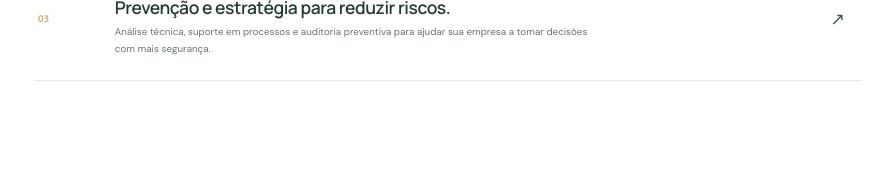
Repository: RenSkywalker/easymed
Page: /
The author's editor kept a copy of each file at every save. The page is drawn from the files as they stood at one save, then again after the next save.
The browser window is 1280 px wide. The pictures show the part of the page from y = 1746 to 3666 px (the page is 1996 px tall before and 3912 px after), at 70% of full size.
The page's requests for data from a server got no answer. The project was rebuilt for these pictures with package versions that can differ from the ones it lists, and the page was loaded fresh each time. The framework's server and built-in components were replaced by stand-ins that run in the browser. No one was signed in, and anything a server would have sent is missing.

Above is the page before, as saved 2026-09-11 18:33:17.

### src/app/layout.tsx
import type { Metadata } from "next";
import "./globals.css";

const siteUrl = process.env.NEXT_PUBLIC_SITE_URL;

export const metadata: Metadata = {
  title: {
    default: "EasyMed Perícias | Suporte especializado para peritos",
    template: "%s | EasyMed Perícias",
  },

  description:
    "A EasyMed Perícias oferece suporte especializado para peritos, com serviços de cadastro em varas, pré-laudos, esclarecimentos e gestão de agenda.",

  keywords: [
    "EasyMed Perícias",
    "perícias",
    "suporte para peritos",
    "serviços para peritos",
    "cadastro em varas",
    "pré-laudos",
    "gestão de agenda para peritos",
  ],

  applicationName: "EasyMed Perícias",

  authors: [
    {
      name: "EasyMed Perícias",
    },
  ],

  creator: "EasyMed Perícias",
  publisher: "EasyMed Perícias",

  metadataBase: siteUrl ? new URL(siteUrl) : undefined,

  alternates: {
    canonical: "/",
  },

  openGraph: {
    type: "website",
    locale: "pt_BR",
    siteName: "EasyMed Perícias",
    title: "EasyMed Perícias | Suporte especializado para peritos",
    description:
      "Suporte especializado para peritos, da burocracia ao essencial.",
    images: [
      {
        url: "/logo.png",
        width: 1200,
        height: 630,
        alt: "EasyMed Perícias",
      },
    ],
  },

  twitter: {
    card: "summary_large_image",
    title: "EasyMed Perícias | Suporte especializado para peritos",
    description:
      "Suporte especializado para peritos, da burocracia ao essencial.",
    images: ["/logo.png"],
  },

  robots: {
    index: true,
    follow: true,
    googleBot: {
      index: true,
      follow: true,
      "max-image-preview": "large",
      "max-snippet": -1,
      "max-video-preview": -1,
    },
  },

  icons: {
    icon: "/logo.png",
  },
};

const organizationSchema = {
  "@context": "https://schema.org",
  "@type": "Organization",
  "@id": "#organization",
  name: "EasyMed Perícias",
  alternateName: "EasyMed",
  description:
    "Empresa especializada em suporte para profissionais que atuam com perícias.",
  logo: {
    "@type": "ImageObject",
    url: "/logo.png",
  },
  knowsAbout: [
    "Perícias",
    "Suporte para peritos",
    "Cadastro em varas",
    "Pré-laudos",
    "Esclarecimentos",
    "Gestão de agenda",
  ],
};

const websiteSchema = {
  "@context": "https://schema.org",
  "@type": "WebSite",
  "@id": "#website",
  name: "EasyMed Perícias",
  description:
    "Suporte especializado para profissionais que atuam com perícias.",
  publisher: {
    "@id": "#organization",
  },
  inLanguage: "pt-BR",
};

export default function RootLayout({
  children,
}: Readonly<{
  children: React.ReactNode;
}>) {
  return (
    <html lang="pt-BR">
      <head>
        <script
          type="application/ld+json"
          dangerouslySetInnerHTML={{
            __html: JSON.stringify(organizationSchema),
          }}
        />

        <script
          type="application/ld+json"
          dangerouslySetInnerHTML={{
            __html: JSON.stringify(websiteSchema),
          }}
        />
      </head>

      <body>{children}</body>
    </html>
  );
}

### src/app/page.tsx
import Header from "@/components/Header";
import Hero from "@/components/Hero";
import Services from "@/components/Services";
import Software from "@/components/Software";

export default function Home() {
  return (
    <>
      <Header />

      <main>
        <Hero />
        <Services />
      </main>
    </>
  );
}

### src/components/Header.tsx
import Image from "next/image";
import Link from "next/link";

export default function Header() {
  return (
    <header className="site-header">
      <div className="container header-inner">
        <Link
          href="/"
          className="brand"
          aria-label="EasyMed Perícias - início"
        >
          <Image
            src="/logo.png"
            alt="EasyMed Perícias"
            width={180}
            height={80}
            priority
            className="brand-logo"
          />
        </Link>

        <nav className="main-nav" aria-label="Navegação principal">
          <Link href="#solucoes">Soluções</Link>
          <Link href="#software">Software</Link>
          <Link href="#sobre">Sobre</Link>
        </nav>

        <Link href="#contato" className="header-button">
          Fale conosco
        </Link>
      </div>
    </header>
  );
}

### src/components/Hero.tsx
import Link from "next/link";

export default function Hero() {
  return (
    <section className="hero" aria-labelledby="hero-title">
      <div className="container hero-grid">
        <div className="hero-content">
          <span className="eyebrow">
            INTELIGÊNCIA E SUPORTE PARA PERÍCIAS
          </span>

          <h1 id="hero-title">
            Menos burocracia.
            <span>Mais tempo para o que importa.</span>
          </h1>

          <p className="hero-description">
            A EasyMed reúne suporte técnico, serviços especializados,
            materiais e tecnologia para tornar a rotina de profissionais
            que atuam com perícias mais organizada e eficiente.
          </p>

          <div className="hero-actions">
            <Link href="#solucoes" className="button button-primary">
              Conheça nossas soluções
            </Link>

            <Link href="#software" className="button button-secondary">
              Conheça o software
            </Link>
          </div>

          <div className="hero-note">
            <span />
            Da burocracia ao essencial.
          </div>
        </div>

        <div className="hero-visual">
          <div className="hero-frame">
            <div className="hero-frame-top">
              <span>easymed</span>
              <span>PERÍCIAS</span>
            </div>

            <div className="hero-frame-content">
              <span className="hero-frame-label">
                SUPORTE ESPECIALIZADO
              </span>

              <strong>
                Seu trabalho.
                <br />
                Nossa estrutura.
              </strong>

              <div className="hero-frame-line" />

              <p>
                Serviços, conhecimento e tecnologia para
                acompanhar sua rotina profissional.
              </p>
            </div>

            <div className="hero-frame-number">
              01
            </div>
          </div>

          <div className="hero-accent hero-accent-one" />
          <div className="hero-accent hero-accent-two" />
        </div>
      </div>
    </section>
  );
}

### src/components/Services.tsx
const audiences = [
  {
    number: "01",
    label: "PARA PERITOS",
    title: "Mais estrutura para o seu trabalho pericial.",
    description:
      "Organize sua rotina, conte com suporte especializado e tenha ferramentas para acompanhar seus processos com mais clareza.",
    href: "/peritos",
  },
  {
    number: "02",
    label: "PARA ADVOGADOS",
    title: "Suporte técnico para decisões mais bem fundamentadas.",
    description:
      "Da análise inicial aos quesitos, acompanhamento e pareceres, conte com apoio especializado nas questões médico-periciais.",
    href: "/advogados",
  },
  {
    number: "03",
    label: "PARA EMPRESAS",
    title: "Prevenção e estratégia para reduzir riscos.",
    description:
      "Análise técnica, suporte em processos e auditoria preventiva para ajudar sua empresa a tomar decisões com mais segurança.",
    href: "/empresas",
  },
];

export default function Services() {
  return (
    <section
      id="solucoes"
      className="services-section"
      aria-labelledby="solutions-title"
    >
      <div className="container">
        <div className="section-intro">
          <span className="eyebrow">SOLUÇÕES EASYMED</span>

          <h2 id="solutions-title">
            Experiência técnica para diferentes necessidades.
          </h2>

          <p>
            Cada situação exige um tipo de suporte. Conheça as soluções
            da EasyMed para peritos, advogados e empresas.
          </p>
        </div>

        <div className="audience-list">
          {audiences.map((audience) => (
            <a
              key={audience.number}
              href={audience.href}
              className="audience-item"
            >
              <span className="audience-number">
                {audience.number}
              </span>

              <div className="audience-main">
                <span className="audience-label">
                  {audience.label}
                </span>

                <h3>{audience.title}</h3>

                <p>{audience.description}</p>
              </div>

              <span className="audience-arrow" aria-hidden="true">
                ↗
              </span>
            </a>
          ))}
        </div>
      </div>
    </section>
  );
}

### src/components/Software.tsx
import Link from "next/link";

const plans = [
  {
    name: "Solo",
    price: "297",
    description: "Para quem está começando ou trabalha com uma carteira menor.",
    limit: "Até 20 processos ativos",
  },
  {
    name: "Pro",
    price: "397",
    description: "Para uma rotina profissional com maior volume de processos.",
    limit: "Até 50 processos ativos",
    featured: true,
  },
  {
    name: "Ilimitado",
    price: "497",
    description: "Para quem precisa de liberdade para crescer sem limitar sua operação.",
    limit: "Processos ilimitados",
  },
];

export default function Software() {
  return (
    <section
      id="software"
      className="software-section"
      aria-labelledby="software-title"
    >
      <div className="container">
        <div className="software-heading">
          <div>
            <span className="eyebrow">SOFTWARE EASYMED</span>

            <h2 id="software-title">
              Mais do que organizar processos.
              <span>Organize o seu raciocínio.</span>
            </h2>
          </div>

          <p>
            Uma ferramenta pensada para acompanhar o trabalho do
            perito, estruturando informações e critérios ao longo
            da análise.
          </p>
        </div>

        <div className="software-feature">
          <div className="software-feature-copy">
            <span className="software-feature-number">
              TECNOLOGIA A SERVIÇO DA PERÍCIA
            </span>

            <h3>
              Você continua tomando as decisões.
              A tecnologia ajuda a organizar o caminho.
            </h3>

            <p>
              O sistema reúne informações do caso, organiza critérios
              e estrutura a análise para facilitar sua rotina.
              A conclusão continua sendo sua.
            </p>

            <Link href="/software" className="software-link">
              Conheça o software
              <span>↗</span>
            </Link>
          </div>

          <div className="software-feature-visual">
            <div className="software-window">
              <div className="software-window-bar">
                <span />
                <span />
                <span />
              </div>

              <div className="software-window-body">
                <div className="software-sidebar">
                  <strong>easymed</strong>

                  <span>Processos</span>
                  <span>Agenda</span>
                  <span>Análises</span>
                  <span>Documentos</span>
                </div>

                <div className="software-dashboard">
                  <small>VISÃO GERAL</small>

                  <h4>
                    Sua rotina,
                    <br />
                    organizada.
                  </h4>

                  <div className="software-stat-grid">
                    <div>
                      <strong>20</strong>
                      <span>processos</span>
                    </div>

                    <div>
                      <strong>08</strong>
                      <span>em análise</span>
                    </div>
                  </div>
                </div>
              </div>
            </div>
          </div>
        </div>

        <div className="plans-header">
          <span className="eyebrow">PLANOS</span>

          <h3>
            Escolha a estrutura que acompanha
            <span>o seu momento profissional.</span>
          </h3>
        </div>

        <div className="plans-grid">
          {plans.map((plan) => (
            <article
              key={plan.name}
              className={`plan-card ${
                plan.featured ? "plan-card-featured" : ""
              }`}
            >
              {plan.featured && (
                <span className="plan-featured-label">
                  MAIS ESCOLHIDO
                </span>
              )}

              <h4>{plan.name}</h4>

              <p className="plan-description">
                {plan.description}
              </p>

              <div className="plan-price">
                <small>R$</small>
                <strong>{plan.price}</strong>
                <span>/mês</span>
              </div>

              <div className="plan-limit">
                {plan.limit}
              </div>

              <Link href="/software" className="plan-button">
                Conhecer plano
              </Link>
            </article>
          ))}
        </div>
      </div>
    </section>
  );
}

Loaded but not shown: src/app/globals.css (1279 lines, source omitted)

After the next save:
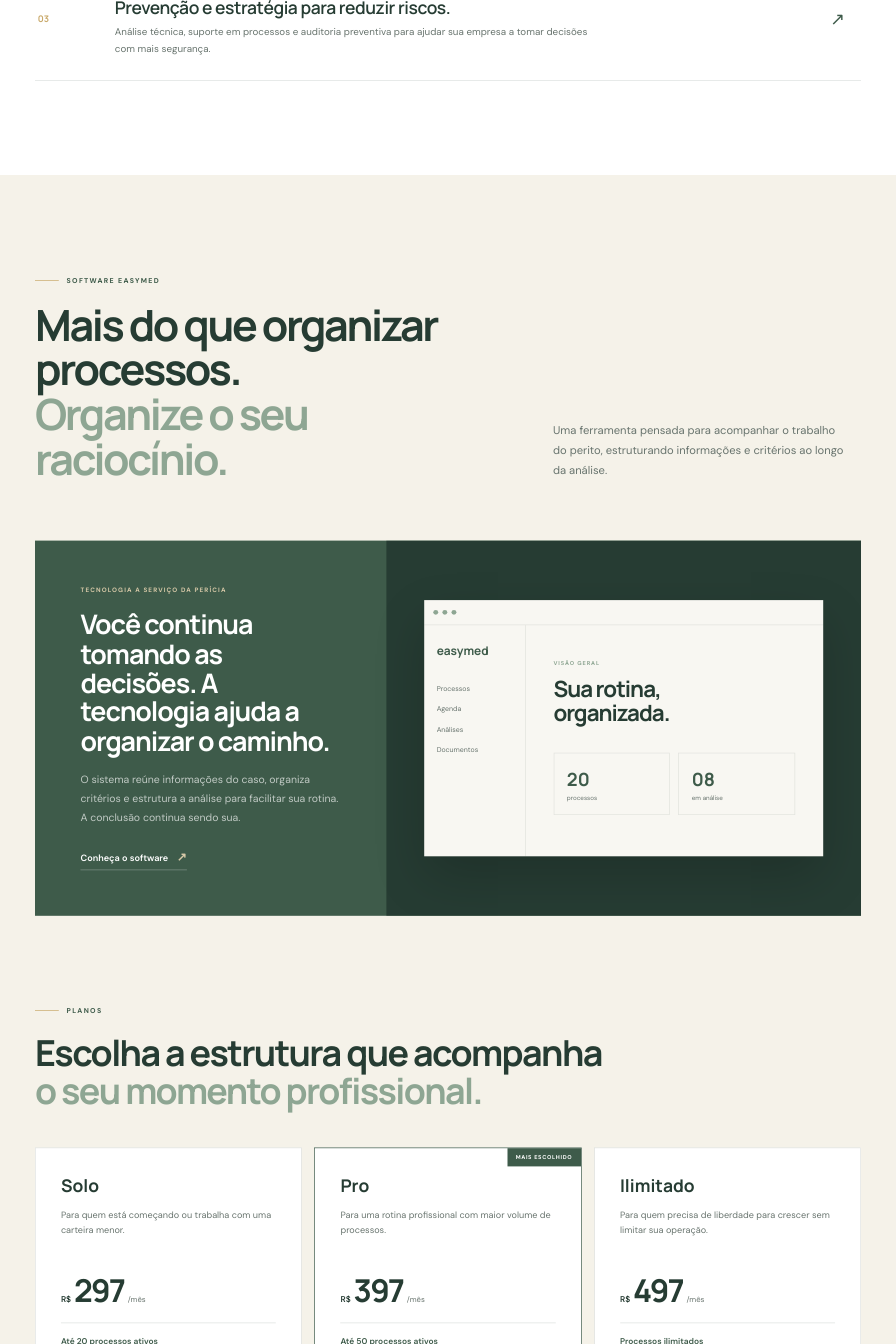
Saved 8 s later.
--- a/src/app/page.tsx
+++ b/src/app/page.tsx
@@ -11,6 +11,7 @@
       <main>
         <Hero />
         <Services />
+        <Software />
       </main>
     </>
   );
